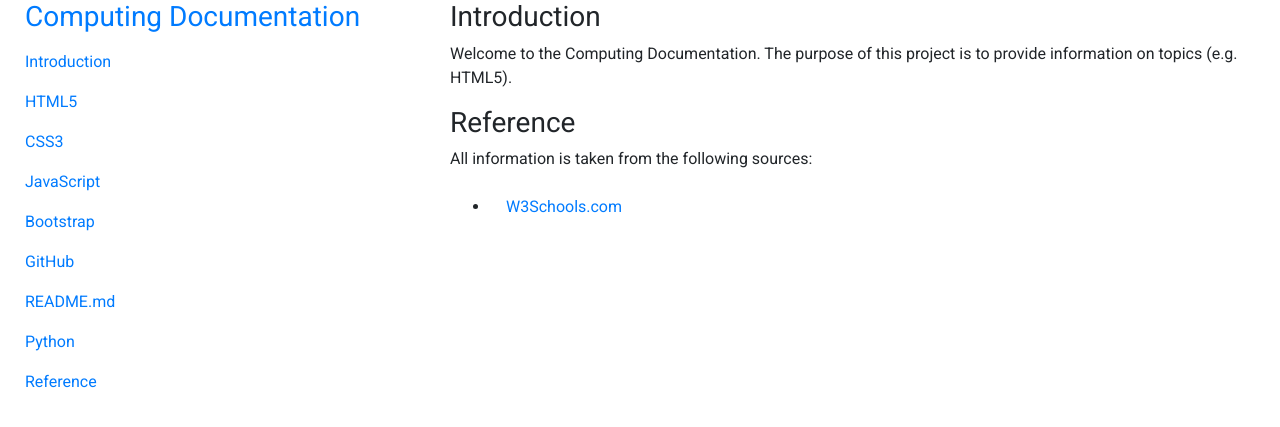
Repository: derektypist/technical-documentation-page
Page: index.html
The author's editor kept a record of every edit. The page is drawn from the files as they stood at one moment, then again after the next edit.
The browser window is 1280 px wide. The pictures show the whole page.

Above is the page before.

After the next edit:
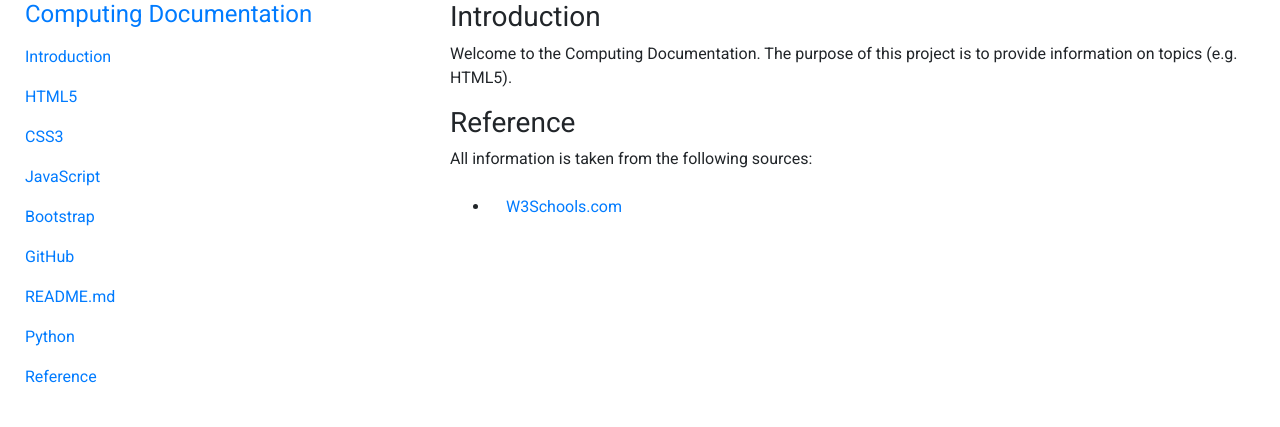
The edit:
--- a/index.html
+++ b/index.html
@@ -32,7 +32,7 @@
     <!-- Set Up Navigation -->
     <nav class="navbar-nav" id="navbar">
       <header>
-        <h3><a href="index.html" title="Return to Home Page">Computing Documentation</a></h3>
+        <h4><a href="index.html" title="Return to Home Page">Computing Documentation</a></h4>
       </header>
 
 
